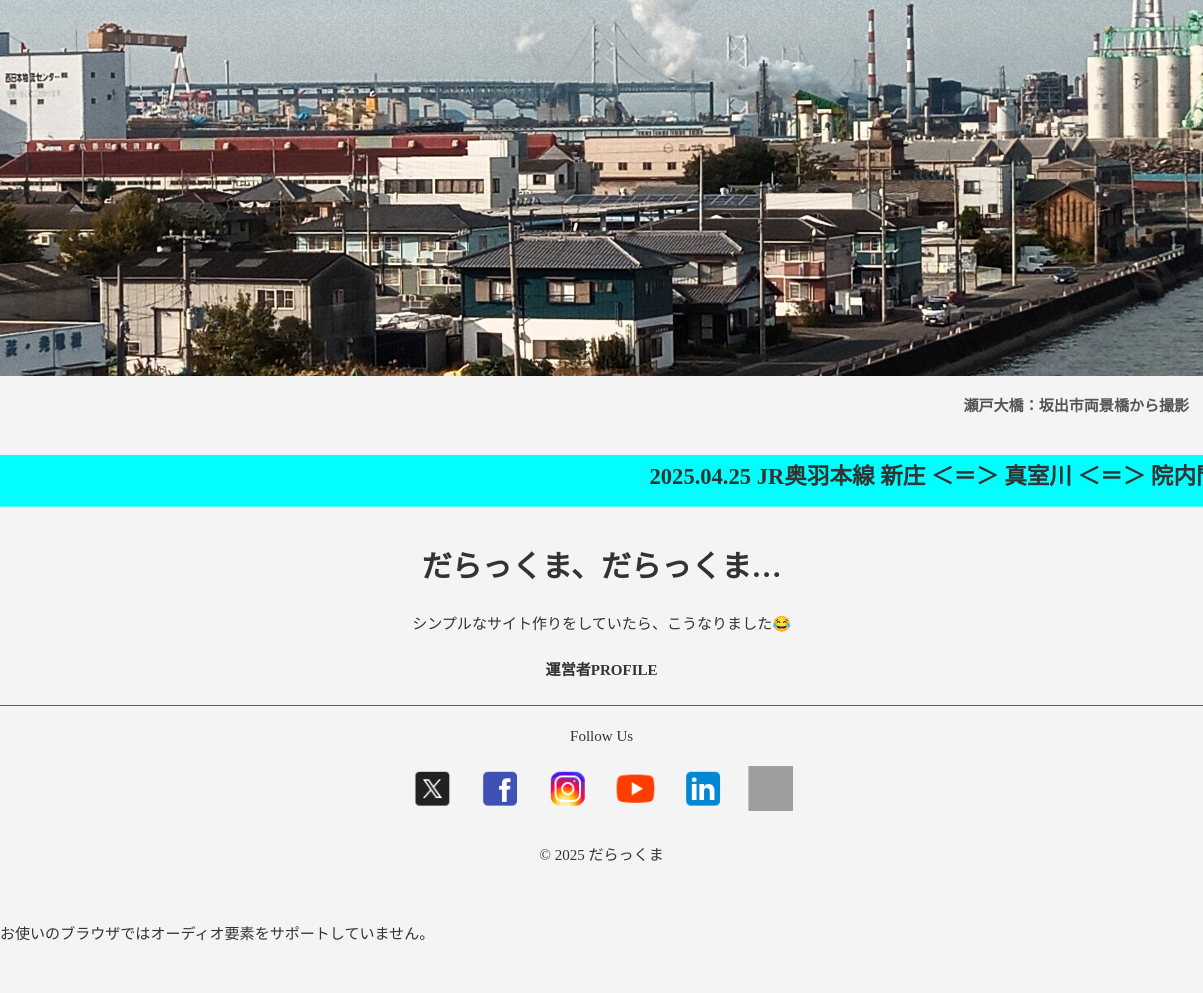
Repository: rydeen7907/html
Page: index.html
These files come from the project's save history. The page is drawn as it stood at one moment and after the next save; the edit follows.
The browser window is 1280 px wide. The pictures show the whole page, at 94% of full size.
Pictures or frames that could not be fetched are drawn as grey boxes.

Above is the page before, as saved 2025-04-27 19:56:39.

### index.html
<!DOCTYPE html>
<html lang="ja">
<head>
    <meta charset="UTF-8">
    <meta name="viewport" content="width=device-width, initial-scale=1.0">
    <title>だらっくまのサイト</title>
    <!-- スタイルシートの読み込み -->
    <link rel="stylesheet" href="style.css">
    <!-- <style> タグは style.css に移行したため削除 -->
</head>
<body>

    <!-- ヘッダー画像の挿入 -->
    <img src="./image/ryokeibridge.jpg" alt="Header Image" class="header-image">

    <!-- brタグはcssの margin で代用 -->

    <!-- 画像の説明文 -->
    <p class="image-caption">
        <a href="https://www.google.com/maps/search/?api=1&query=坂出市両景橋" target="_blank" rel="noopener noreferrer">
            瀬戸大橋：坂出市両景橋から撮影
        </a>
    </p>

    <!-- スクロールテキスト-->
    <div class="scrolling-text-container">
        <h3 class="scrolling-text">2025.04.25 JR奥羽本線 新庄 ＜＝＞ 真室川 ＜＝＞ 院内間 復旧…</h3>
    </div>

    <!-- 見出し -->
    <h1>だらっくま、だらっくま…</h1>

    <!-- 説明文 -->
    <p>シンプルなサイト作りをしていたら、こうなりました😂</p>

    <!-- リンク -->
    <a href="profile.html">運営者PROFILE</a>

    <!-- フッター -->
    <footer class="social-links">
        <h2>Follow Us</h2>
        <ul>
            <li>
                <a href="https://twitter.com/jr4853/" target="_blank" rel="noopener noreferrer">
                    <img src="./image/icons8-x-48.png" alt="Twitter" class="social-icon">
                </a>
            </li>
            <li>
            <a href="https://www.facebook.com/yukio.tsu.7/" target="_blank" rel="noopener noreferrer">
                    <img src="./image/icons8-facebook-48.png" alt="Facebook" class="social-icon">
                </a>
            </a>
            </li>
            <li>
                <a href="https://www.instagram.com/rydeen7907/" target="_blank" rel="noopener noreferrer">
                    <img src="./image/icons8-instagram-48.png" alt="Instagram" class="social-icon">
                </a>
            </li>
            <li>
                <a href="https://www.youtube.com/@rydeen485" target="_blank" rel="noopener noreferrer">
                    <img src="./image/icons8-youtube-48.png" alt="YouTube" class="social-icon">
                </a>
            </li>
            <li>
                <a href="https://www.linkedin.com/in/yukio-tsuchida-3b5b99359/" target="_blank" rel="noopener noreferrer">
                    <img src="./image/icons8-linkedin-48.png" alt="LinkedIn" class="social-icon">
                </a>
            </li>
            <li>
                <a href="https://www.github.com/rydeen7907/" target="_blank" rel="noopener noreferrer">
                    <img src="./image/icons8-github2-48.png" alt="GitHub" class="social-icon">
                </a>
            </li>
        </ul>

        <p>&copy; 2025 だらっくま</p>
    </footer>

<audio src="./sound/sound.mp3" autoplay loop></audio>
    お使いのブラウザではオーディオ要素をサポートしていません。

</body>
</html>

### style.css
/* 基本スタイル */
:root {
    /* 色の設定 */
    --text-color-dark: #333; /*  */
    --text-color-light: #555; /*  */
    --background-color: #f4f4f4; /*  */
    --background-color-scroll: aqua; /*  */
    --link-color: #333; /* リンクの色 */
    --link-color-hover: #ff8000; /* ホバー時のリンク色 */

/* タイポグラフィ */
    --font-family: Arial, sans-serif; /* フォントファミリー */
    --line-height-base: 1.5; /* 行間を調整 (例：1.5倍 px,%,emでも可能) */
    --font-size-small: 12px; /* フォントサイズを小さく */
    --font-size-base: 16px; /* 基本フォントサイズ */
    --font-size-large: 24px; /* 大きなフォントサイズ */
    --font-size-xlarge: 32px; /* 特大フォントサイズ */

/* 余白 */
    --margin-xs: 5px; /* 小さなマージン */
    --margin-s: 10px; /* 基本マージン */
    --margin-m: 15px; /* 中くらいのマージン */
    --margin-l: 20px; /* 大きなマージン */
    --margin-xl: 25px; /* 特大マージン */
    --margin-xxl: 40px; /* 特特大マージン */
    --margin-xxxl: 50px; /* 特特特大マージン */
}

body {
    margin: 0; /* ブラウザデフォルトのマージンをリセット */
    padding: 0; /* ブラウザデフォルトのパディングをリセット */
    padding-bottom: var(--margin-xxxl); /* ページ下部のパディングを追加 */
    font-family: var(--font-size-base);
    line-height: var(--line-height-base); /* 行間を読みやすく調整 (例：2.0倍 px,%,emでも可能) */
    color: var(--text-color-dark); /* 文字色を濃いグレーに設定 */
    background-color: var(--background-color); /* 背景色を薄いグレーに設定 */
}

/* ヘッダー */
.header-image {
    display: block; /* 中央配置のためブロック要素に */
    width: 100%;
    /* max-width: auto; は width: 100%; があれば不要 */
    height: 400px;
    margin: 0 auto; /* 上下のマージンは０、左右は自動で中央揃え */
    object-fit: cover; /* 画像のアスペクト比を維持、要素に合わせる */
}

/* 画像の説明文 */
.image-caption {
    padding-top: var(--margin-xs); /* 上部のパディングを追加 */
    padding-bottom: var(--margin-xs); /* 下部のパディングを追加 */
    padding-left: var(--margin-m);    /* 左側のパディングを追加 */
    padding-right: var(--margin-m); /* 右側のパディングを追加 */

    margin-top: var(--margin-xs); /* 上部のマージンを追加 */
    margin-bottom: var(--margin-xl); /* 下部のマージンを追加 */
    font-size: var(--font-size-small); /* フォントサイズを小さく */
    color: var(--text-color-light); /* 文字色を薄いグレーに */
    text-align: right; /* 右寄せ */
}

/* 画像キャプション内のリンク */
.image-caption a {
    color: inherit; /* リンクの色 */
    text-align: right;
    text-decoration: none; /* 下線を削除 */
}

.image-caption a:hover,
.image-caption a:focus {
    color: var(--link-color-hover); /* ホバー時のリンク色 */
    text-decoration: underline; /* 下線を追加 */
}

/* スクロールテキストコンテナ */
.scrolling-text-container {
    width: 100%; /* 幅 */
    height: 55px; /* 高さ */
    margin-bottom: var(--margin-xxl); /* 下部のマージンを追加 */
    padding-top: var(--margin-xs); /* 上部のパディングを追加 */
    padding-bottom: var(--margin-s); /* 下部のパディングを追加 */
    box-sizing: border-box; /* パディングとボーダーを含めたサイズ計算 */
    background-color: var(--background-color-scroll); /* 背景色をアクアに設定 */
    overflow: hidden; /* はみ出た部分を隠す */
}

/* スクロールテキスト */
.scrolling-text {
    display: inline-block; /* インラインブロック要素に設定 */
    margin: 0; /* コンテナ内でのマージンを削除 */
    padding-left: 100%; /* 開始位置を右側に設定 */
    font-size: var(--font-size-large); /* フォントサイズ */
    font-weight: bold; /* 太字に設定 */
    color: var(--text-color-dark); /* 文字色を濃いグレーに */
    white-space: nowrap; /* 折り返し禁止 */
    animation: scroll-left 25s linear infinite; /* アニメーションを適用 */
}

/* スクロールアニメーションの定義 */
@keyframes scroll-left {
    0% {
        transform: translateX(0); /* 開始位置 */
    }
    100% {
        /* テキスト自身の幅だけ左に移動させる */
        transform: translateX(-150%);
    }
}

/* メインコンテンツ */
h1 {
    margin: var(--margin-xxl) 0 var(--margin-l); /* 上下のマージンを追加 */
    font-size: var(--font-size-xlarge); /* フォントサイズ */
    font-weight: bold; /* 太字に設定 */
    text-align: center; /* 中央配置 */
    color: var(--text-color-dark); /* 文字色を濃いグレーに */
}

main h2{
    margin-left: var(--margin-m); /* 左側のマージンを追加 */
}

/* 段落 p */
p {
    margin: var(--margin-xl) 0 ; /* 上下のマージンを追加 */
    text-align: center; /* 中央配置 */
    font-size: var(--font-size-base); /* フォントサイズ */
}

main p{
    margin-left: var(--margin-xxxl); /* 左側のマージンを追加 */
    text-align: left; /* 左寄せ */
    font-size: var(--font-size-base); /* フォントサイズ */
}

/* リンク a */
a {
    display: block;
    color: var(--link-color); /* 文字色を赤に */
    margin: var(--margin-s) auto; /* 上部のマージンを追加 */
    font-size: var(--font-size-base); /* フォントサイズ */
    font-weight: bold; /* 太字に設定 */
    text-align: center; /* 中央配置 */
    text-decoration: none; /* 下線を削除 */
    transition: color 0.3s; /* ホバー時の色変更にトランジションを追加 */
}

/* ホバー時のスタイル */
a:hover,
a:focus { /* ホバーとフォーカス時に適用するスタイル */
    color: var(--link-color-hover); /* ホバー時の文字色をオレンジに変更 */
    text-decoration: underline; /* 下線を追加 */
}

/* SNS リンク */
.social-links {
    text-align: center;
    margin: var(--margin-xl) 0; /* 上下のマージンを追加 */
    padding-bottom: var(--margin-s); /* 上下のパディングを追加 */
    border-top: 1px solid var(--text-color-light); /* 上部に薄いグレーのボーダーを追加 */
    padding-top: var(--margin-s); /* 上部のパディングを追加 */
}

.social-links h2 {
    font-size: var(--font-size-base); /* フォントサイズ */
    color: var(--text-color-dark); /* 文字色を濃いグレーに */
    margin: var(--margin-s) 0; /* 上下のマージンを追加 */
    font-weight: normal; /* 太字に設定 */
}

.social-links ul {
    list-style: none; /* リストのマークを削除 */
    padding: 0; /* パディングを削除 */
    margin: 0; /* マージンを削除 */
}

.social-links li {
    display: inline-block; /* 横並び */
    margin: 0 var(--margin-s); /* 左右のマージンを追加 */
}

/* SNSリンク 固有のスタイル */
.social-links a {
    display: inline-block; /* クリック範囲を確保 */
    line-height: 1; /* 画像のベースラインを揃えるのに役立つ */
    /* color: var(--link-color); /* リンクの色 */
    text-decoration: none; /* 下線を削除 */
    /*font-size: var(--font-size-base); /* フォントサイズ */
    transition: opacity 0.3s; /* ホバー時の透明度変更 (テキスト：color 0.3s)*/
}

.social-icon {
    width: 48px; /* アイコンの幅 */
    height: 48px; /* アイコンの高さ */
    vertical-align: middle; /* 他のアイコンと並んだ場合の垂直配置を中央に */
    /*object-fit: cover; /* 画像のアスペクト比を維持、要素に合わせる */
}

/* ホバー時のスタイル */
.social-links a:hover,
.social-links a:focus {
    /* color: var(--link-color-hover); /* ホバー時の文字色をオレンジに変更 */
    /* text-decoration: underline; /* 下線を追加 */
    opacity: 0.7; /* ホバー時の透明度を変更 */
}

After the next save:
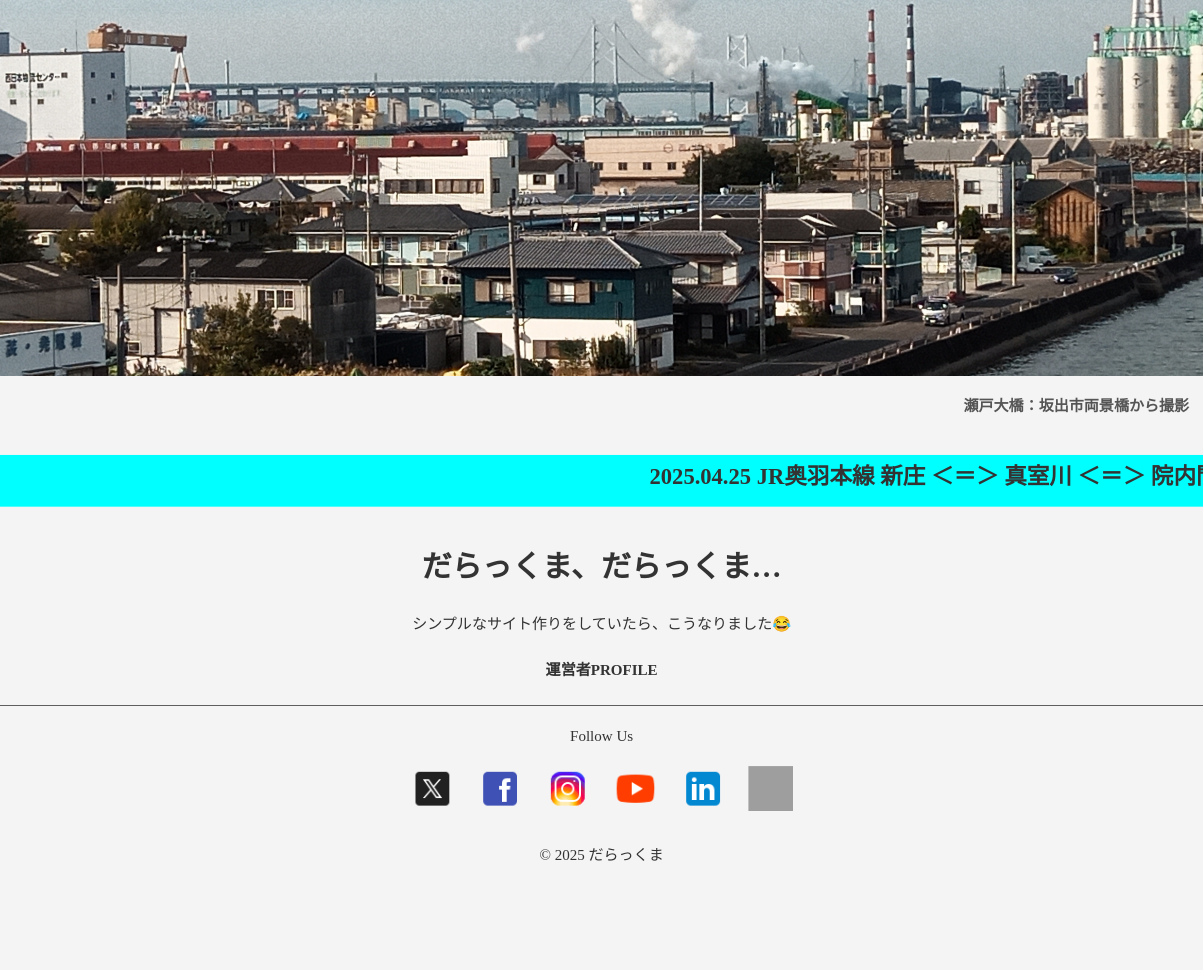
Saved 8 s later.
--- a/index.html
+++ b/index.html
@@ -76,7 +76,7 @@
         <p>&copy; 2025 だらっくま</p>
     </footer>
 
-<audio src="./sound/sound.mp3" autoplay loop></audio>
+<audio src="./sound/sound.mp3" autoplay loop>
     お使いのブラウザではオーディオ要素をサポートしていません。
 
 </body>
